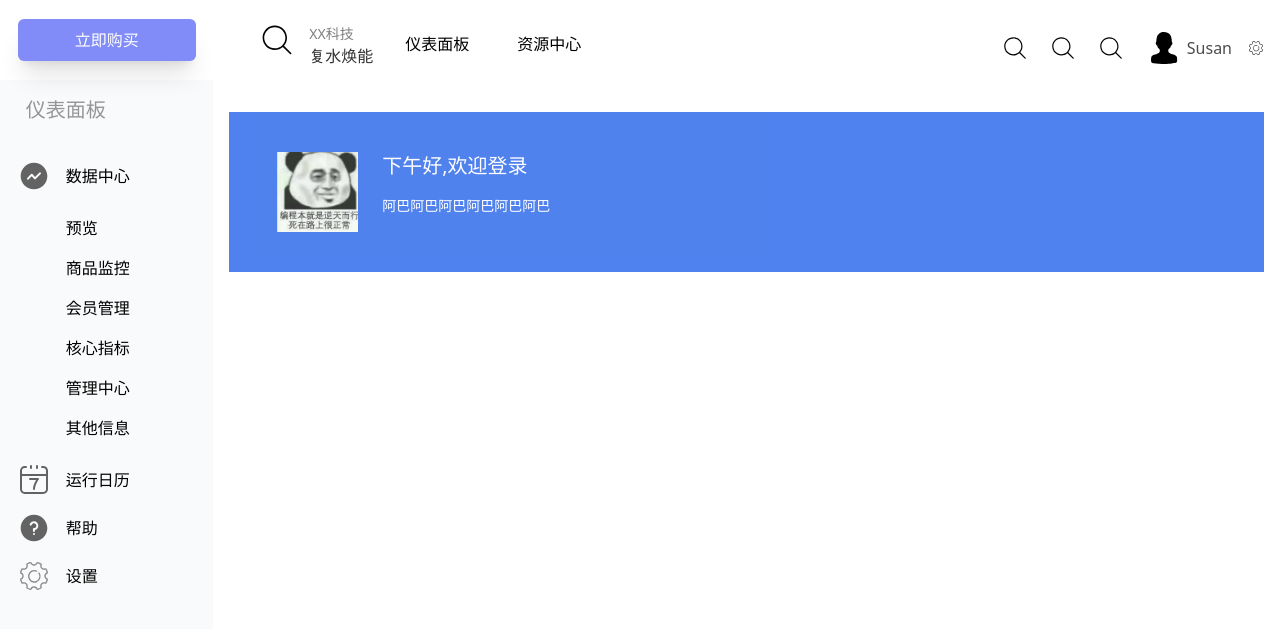
Repository: LiuRuohui/useWater
Page: /
The author's editor kept a copy of each file at every save. The page is drawn from the files as they stood at one save, then again after the next save.
The browser window is 1280 px wide. The pictures show the whole page.
The project was rebuilt for these pictures with package versions that can differ from the ones it lists, and the page was loaded fresh each time. Also part of the build but not shown: vite.config.js.

Above is the page before, as saved 2022-04-06 23:18:03.

After the next save:
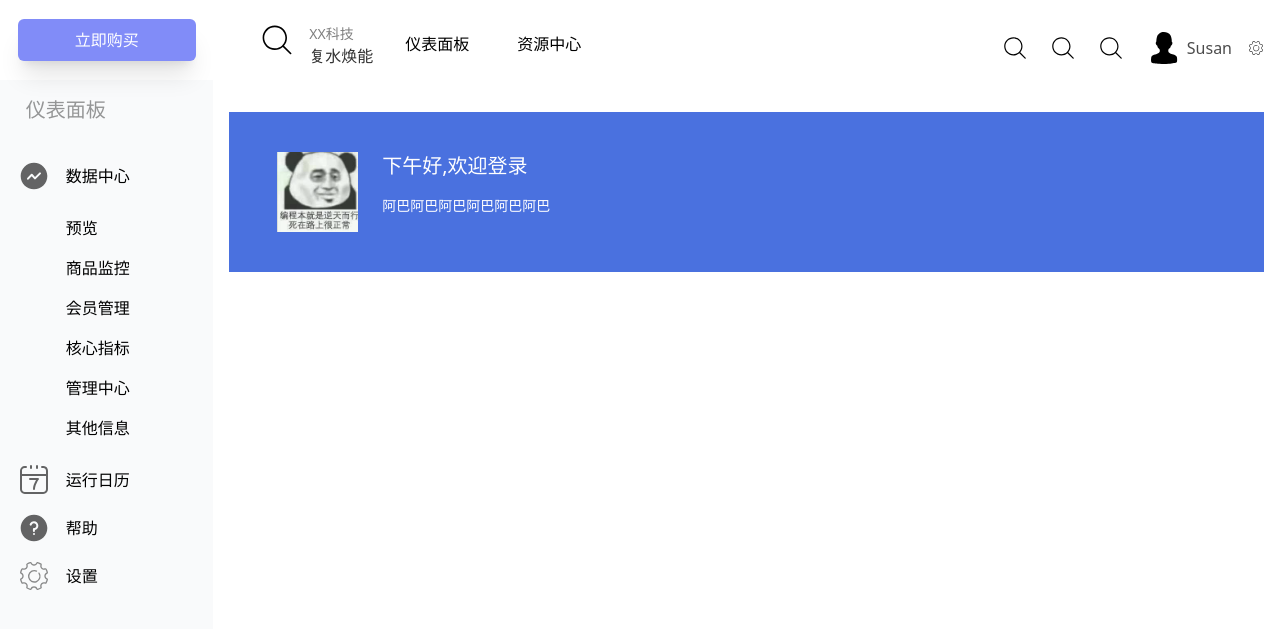
Saved 12 s later.
--- a/src/components/HelloWorld.vue
+++ b/src/components/HelloWorld.vue
@@ -62,7 +62,7 @@
               <img src="../assets/搜索.svg" alt="" class="h-6 mt-9 mr-6 hover:cursor-pointer hover:bg-blue-100">
           </div>
       </div>
-      <div class="m-4 bg-blue-600 h-40 opacity-80">
+      <div class="m-4 bg-blue-700 h-40 opacity-80">
           <div class="flex flex-row h-24 my-8">
               <img src="../assets/测试图片.jpg" alt="" class="h-20 my-auto pl-12">
               <div class="flex flex-col pl-6 pt-2">
